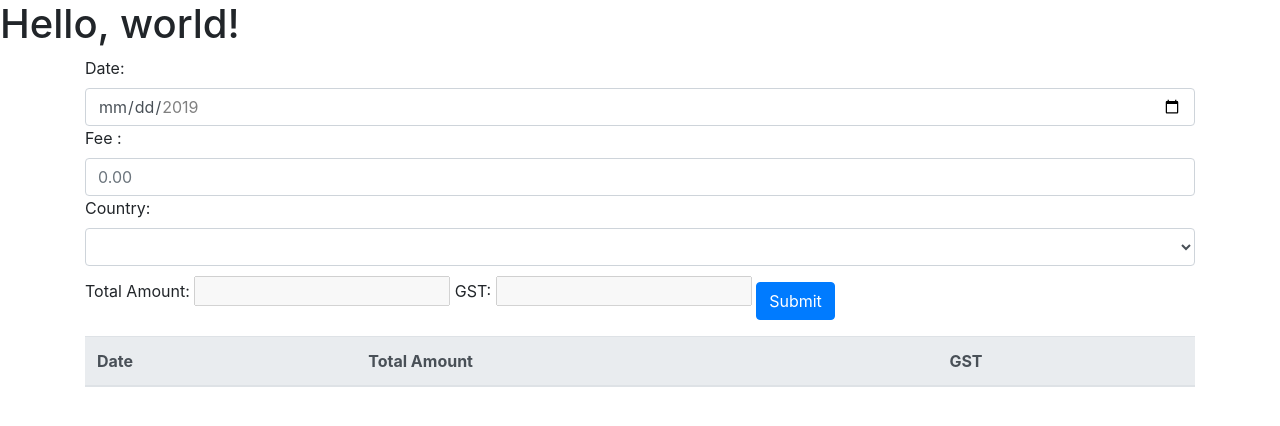
Repository: yucheng91/feesubmissionform
Page: http://localhost/
The author's editor kept a record of every edit. The page is drawn from the files as they stood at one moment, then again after the next edit.
The browser window is 1280 px wide. The pictures show the whole page.
The page is served by the project's application, run on Flask 3 (app.py). Queries for data that is not in the repository find no rows.

Above is the page before.

After the next edit:
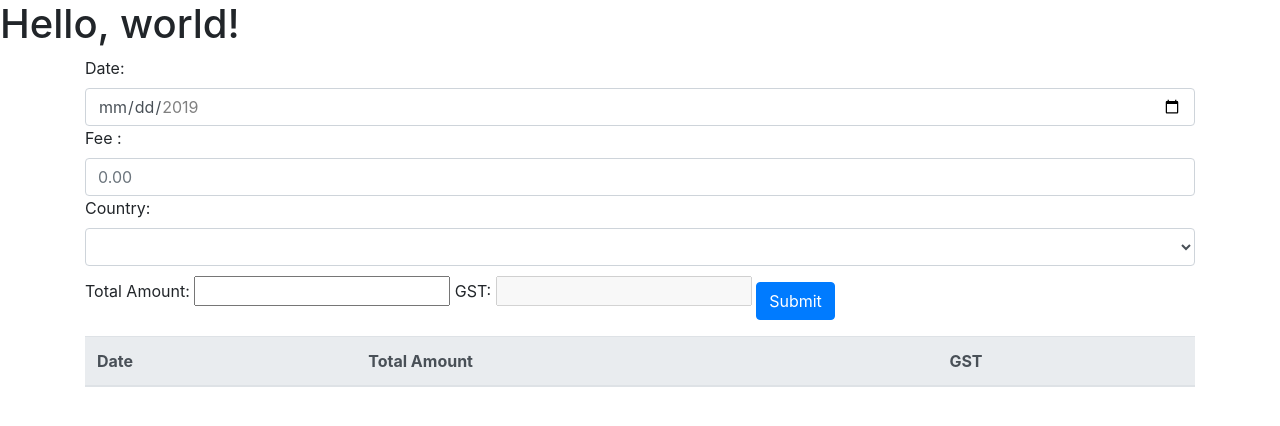
The edit:
--- a/templates/index.html
+++ b/templates/index.html
@@ -39,7 +39,7 @@
                 <label class='label' >
                   Total Amount:
                 </label>
-                <input type="number" name="totalfee" disabled>
+                <input type="text" name="totalfee">
                 <label class='label' >
                   GST:
                 </label>
